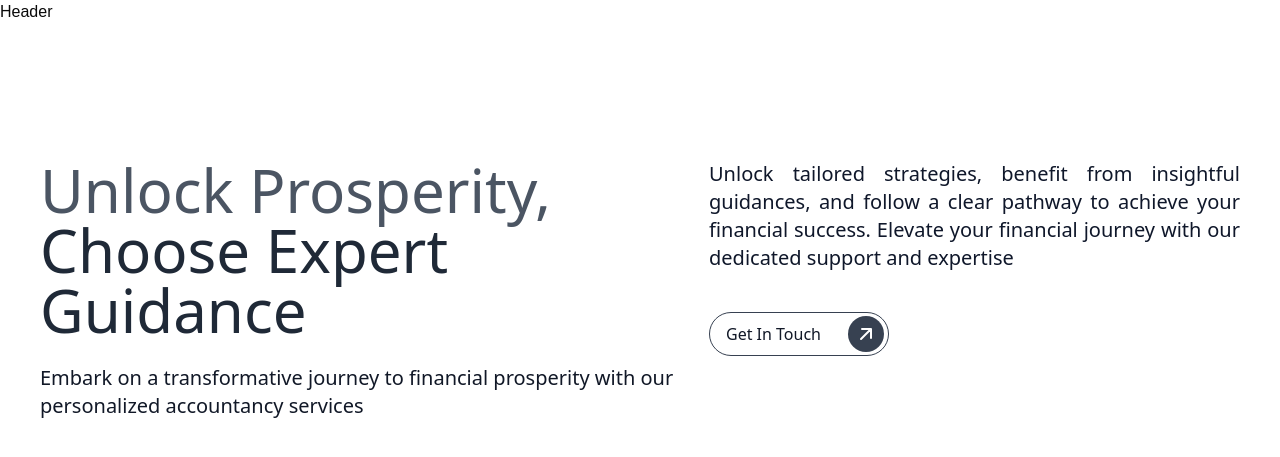
Repository: vespersolutionspk18/integrast-website
Page: /
The author's editor kept a copy of each file at every save. The page is drawn from the files as they stood at one save, then again after the next save.
The browser window is 1280 px wide. The pictures show the whole page.
The project was rebuilt for these pictures with package versions that can differ from the ones it lists, and the page was loaded fresh each time. The framework's server and built-in components were replaced by stand-ins that run in the browser. Also part of the build but not shown: next.config.ts.

Above is the page before, as saved 2024-12-09 14:58:27.

After the next save:
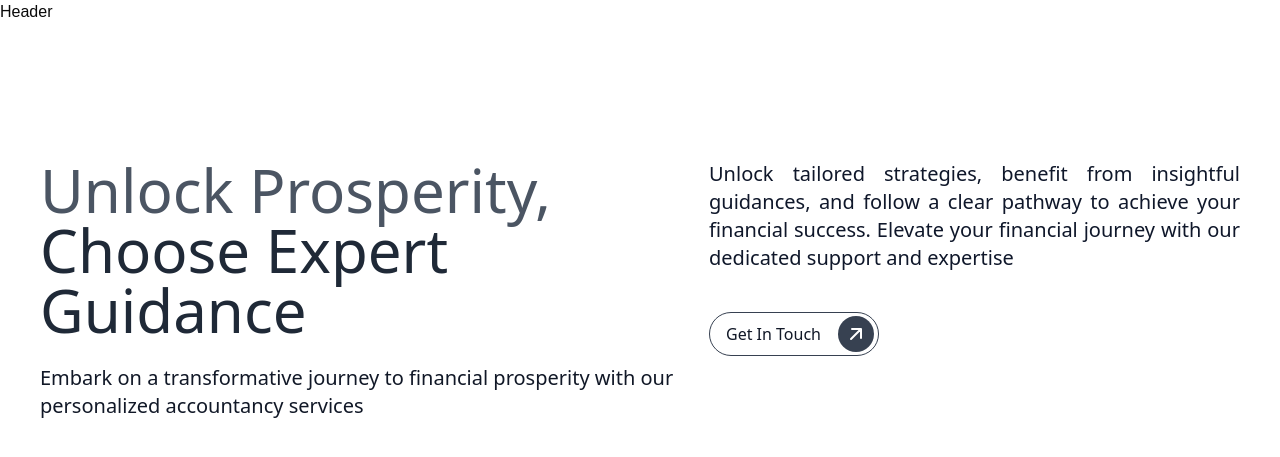
Saved 8 s later.
--- a/app/Hero.tsx
+++ b/app/Hero.tsx
@@ -13,7 +13,7 @@ const Hero = () => {
                 <div className="flex flex-row gap-5 pt-10">
                 <div>
                 <div id="button"
-  className="group  bg-white h-[44px] flex-row border-[1px] border-gray-700 text-gray-900 text-[16px] py-1 px-1 font-light rounded-full hidden md:flex items-center justify-between w-[180px] transition-width duration-500 ease-in-out  hover:w-[205px] hover:bg-gray-700 hover:border-gray-700 hover:text-white "
+  className="group  bg-white h-[44px] flex-row border-[1px] border-gray-700 text-gray-900 text-[16px] py-1 px-1 font-light rounded-full hidden md:flex items-center justify-between w-[170px] transition-width duration-500 ease-in-out  hover:w-[195px] hover:bg-gray-700 hover:border-gray-700 hover:text-white "
 
 >
   <div className="mx-3 font-sans font-regular">Get In Touch</div>
